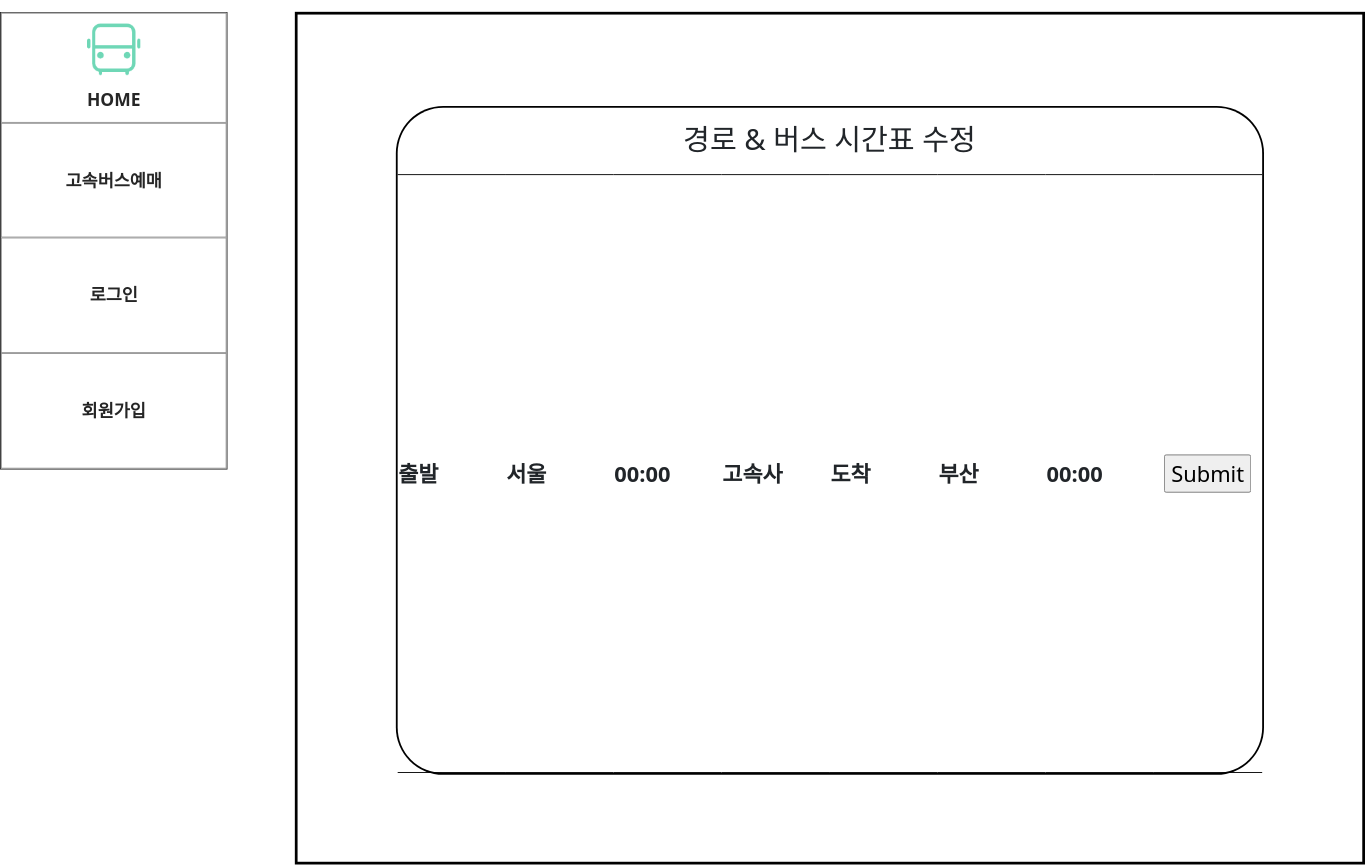
Repository: rudqhd79/spring_personal
Page: http://localhost/edit/edit
The author's editor kept a copy of each file at every save. The page is drawn from the files as they stood at one save, then again after the next save.
The browser window is 1280 px wide. The page is 1500 px wide, so the pictures cover 1500 px, including what lies to the right of the window. The pictures show the whole page, at 91% of full size.
The page is this project's Thymeleaf template; nobody is signed in. The template is opened directly, without the code that normally fills it, so the values that code supplies are empty.

Above is the page before, as saved 2023-02-03 09:30:26.

### bus-reservation/src/main/resources/templates/edit/edit.html
<!DOCTYPE html>
<html xmlns:th="http://www.thymeleaf.org"
	xmlns:layout="http://www.ultraq.net.nz/thymeleaf/layout">
<link rel="stylesheet"
	href="//maxcdn.bootstrapcdn.com/bootstrap/latest/css/bootstrap.min.css">
<script src="//code.jquery.com/jquery.min.js"></script>
<script
	src="//maxcdn.bootstrapcdn.com/bootstrap/latest/js/bootstrap.min.js"></script>
<head>
<meta charset="UTF-8">
<title>main</title>

<!-- bootstrap css -->
<link
	href="https://cdn.jsdelivr.net/npm/bootstrap@5.3.0-alpha1/dist/css/bootstrap.min.css"
	rel="stylesheet"
	integrity="sha384-GLhlTQ8iRABdZLl6O3oVMWSktQOp6b7In1Zl3/Jr59b6EGGoI1aFkw7cmDA6j6gD"
	crossorigin="anonymous">
<link th:href="@{/css/all.css}" rel="stylesheet">
<!-- bootstrap js, popper -->
<script
	src="https://cdn.jsdelivr.net/npm/@popperjs/core@2.11.6/dist/umd/popper.min.js"
	integrity="sha384-oBqDVmMz9ATKxIep9tiCxS/Z9fNfEXiDAYTujMAeBAsjFuCZSmKbSSUnQlmh/jp3"
	crossorigin="anonymous"></script>
<script
	src="https://cdn.jsdelivr.net/npm/bootstrap@5.3.0-alpha1/dist/js/bootstrap.min.js"
	integrity="sha384-mQ93GR66B00ZXjt0YO5KlohRA5SY2XofN4zfuZxLkoj1gXtW8ANNCe9d5Y3eG5eD"
	crossorigin="anonymous"></script>
<!-- jquery  -->
<script src="https://code.jquery.com/jquery-3.6.3.min.js"
	integrity="sha256-pvPw+upLPUjgMXY0G+8O0xUf+/Im1MZjXxxgOcBQBXU="
	crossorigin="anonymous"></script>
<th:block layout:fragment="script"></th:block>
<th:block layout:fragment="css"></th:block>
</head>
<body>
	<div class="fragment-sidebar">
		<div th:replace="fragments/sidebar::sidebar"></div>
		<div class="base_angle" style="margin-top: 1vw">
			<div class="edit_border">
				<div style="text-align: center; font-size: 2em; margin: 10px 0 15px 0;">경로 & 버스 시간표 수정</div>
				<table class="edit_table" style="width:100%; height:90%;">
					<tr style="font-size: 1.5em; width: 80%; border-bottom: 1px dotted black;">
						<th class="" style="width:calc(100%/8);">출발</th>
						<th class="" style="width:calc(100%/8);">서울</th>
						<th class="" style="width:calc(100%/8);">00:00</th>
						<th class="" style="width:calc(100%/8);">고속사</th>
						<th class="" style="width:calc(100%/8);">도착</th>
						<th class="" style="width:calc(100%/8);">부산</th>
						<th class="" style="width:calc(100%/8);">00:00</th>
						<th class="" style="width:calc(100%/8); text-align: center"><input type="submit" onclick="location=''" /></th>
					</tr>
				</table>
			</div>
		</div>
	</div>
</body>
</html>

### bus-reservation/src/main/resources/templates/fragments/sidebar.html
<!DOCTYPE html>
<html xmlns:th="http://www.thymeleaf.org"
      xmlns:sec="http://www.thymeleaf.org/extras/spring-security">
<head>
<meta charset="UTF-8">
<title>Insert title here</title>
<link rel="stylesheet"
	href="//maxcdn.bootstrapcdn.com/bootstrap/latest/css/bootstrap.min.css">
<script src="//code.jquery.com/jquery.min.js"></script>
<script
	src="//maxcdn.bootstrapcdn.com/bootstrap/latest/js/bootstrap.min.js"></script>
</head>
<body>
<!-- 사이드바 -->
	<div th:fragment="sidebar" class="sidebar-total">
		<div id="page-wrapper">
			<div id="sidebar-wrapper">
				<ul class="sidebar-nav">
					<li class="sidebar-main">
						<a href="/">
						<img src="/img/bus_icon.png" style="width:60px; height: 60px; margin-top: 10px;">
							<p class="home">HOME</p>
						</a>
					</li>
					<li class="sidebar-main sidebar-nav_li">
						<a href="/">고속버스예매</a>
					</li>
					<li class="sidebar-main sidebar-nav_li" sec:authorize="isAnonymous()">
						<a href="login">로그인</a>
					</li>
					<li class="sidebar-main sidebar-nav_li" sec:authorize="isAuthenticated()">
						<a href="logout">로그아웃</a>
					</li>
					<li class="sidebar-main sidebar-nav_li" sec:authorize="isAnonymous()">
						<a href="join">회원가입</a>
					</li>
					<li class="sidebar-main sidebar-nav_li"  sec:authorize="isAuthenticated()">
						<a href="check">예매확인 (좌석변경)</a>
					</li>
					<li class="sidebar-main sidebar-nav_li"  sec:authorize="isAuthenticated()">
						<a href="cancel">예매취소</a>
					</li>
					<li class="sidebar-main sidebar-nav_li" sec:authorize="hasAnyAuthority('ROLE_ADMIN')">
						<a href="edit">수정 (관리자 전용)</a>
					</li>
				</ul>
			</div>
		</div>
	</div>
<!-- /사이드바 -->
</body>
</html>

Loaded but not shown: bus-reservation/src/main/resources/static/css/all.css (library)

After the next save:
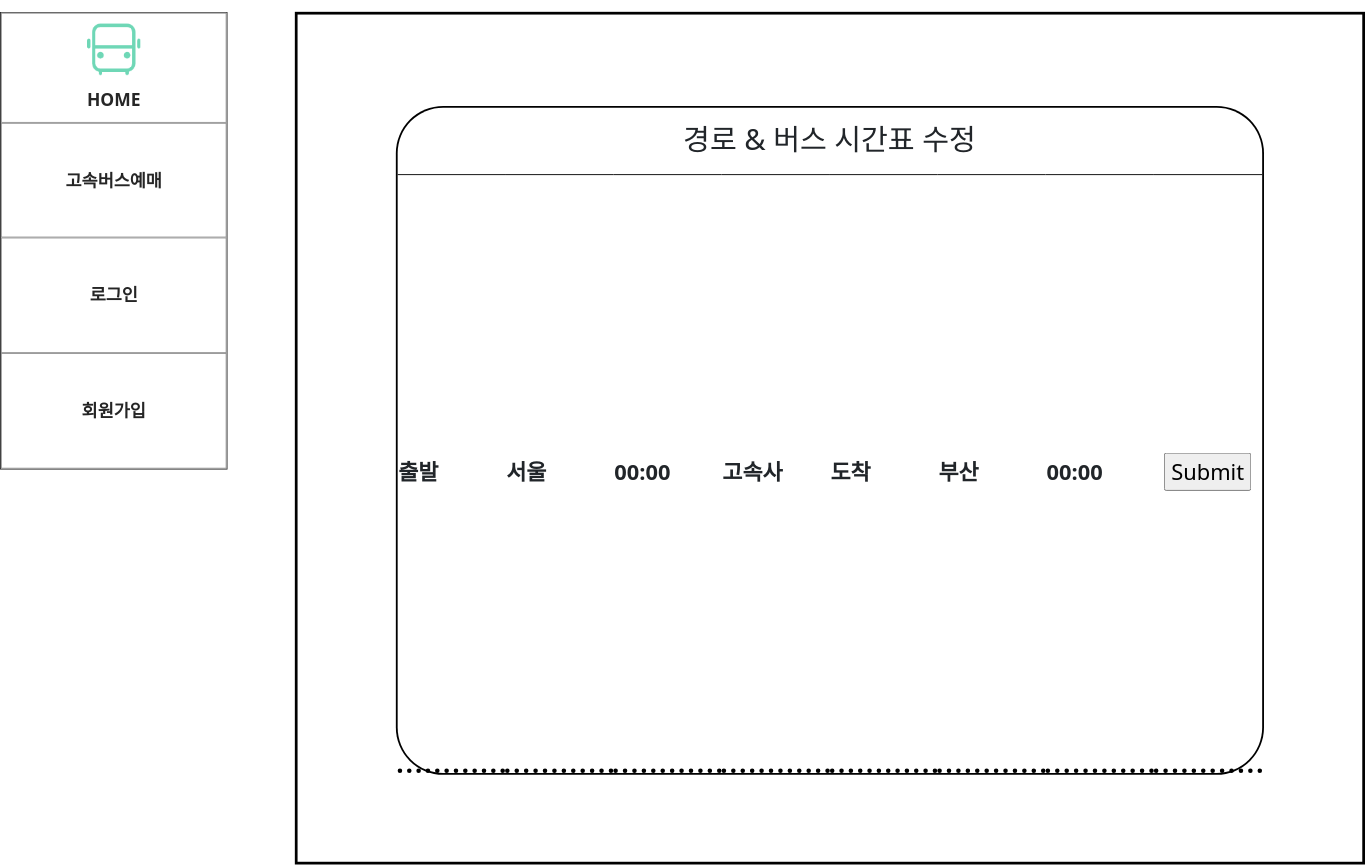
Saved 24 s later.
--- a/bus-reservation/src/main/resources/templates/edit/edit.html
+++ b/bus-reservation/src/main/resources/templates/edit/edit.html
@@ -40,7 +40,7 @@
 			<div class="edit_border">
 				<div style="text-align: center; font-size: 2em; margin: 10px 0 15px 0;">경로 & 버스 시간표 수정</div>
 				<table class="edit_table" style="width:100%; height:90%;">
-					<tr style="font-size: 1.5em; width: 80%; border-bottom: 1px dotted black;">
+					<tr style="font-size: 1.5em; width: 80%; border-bottom: 5px dotted black;">
 						<th class="" style="width:calc(100%/8);">출발</th>
 						<th class="" style="width:calc(100%/8);">서울</th>
 						<th class="" style="width:calc(100%/8);">00:00</th>
